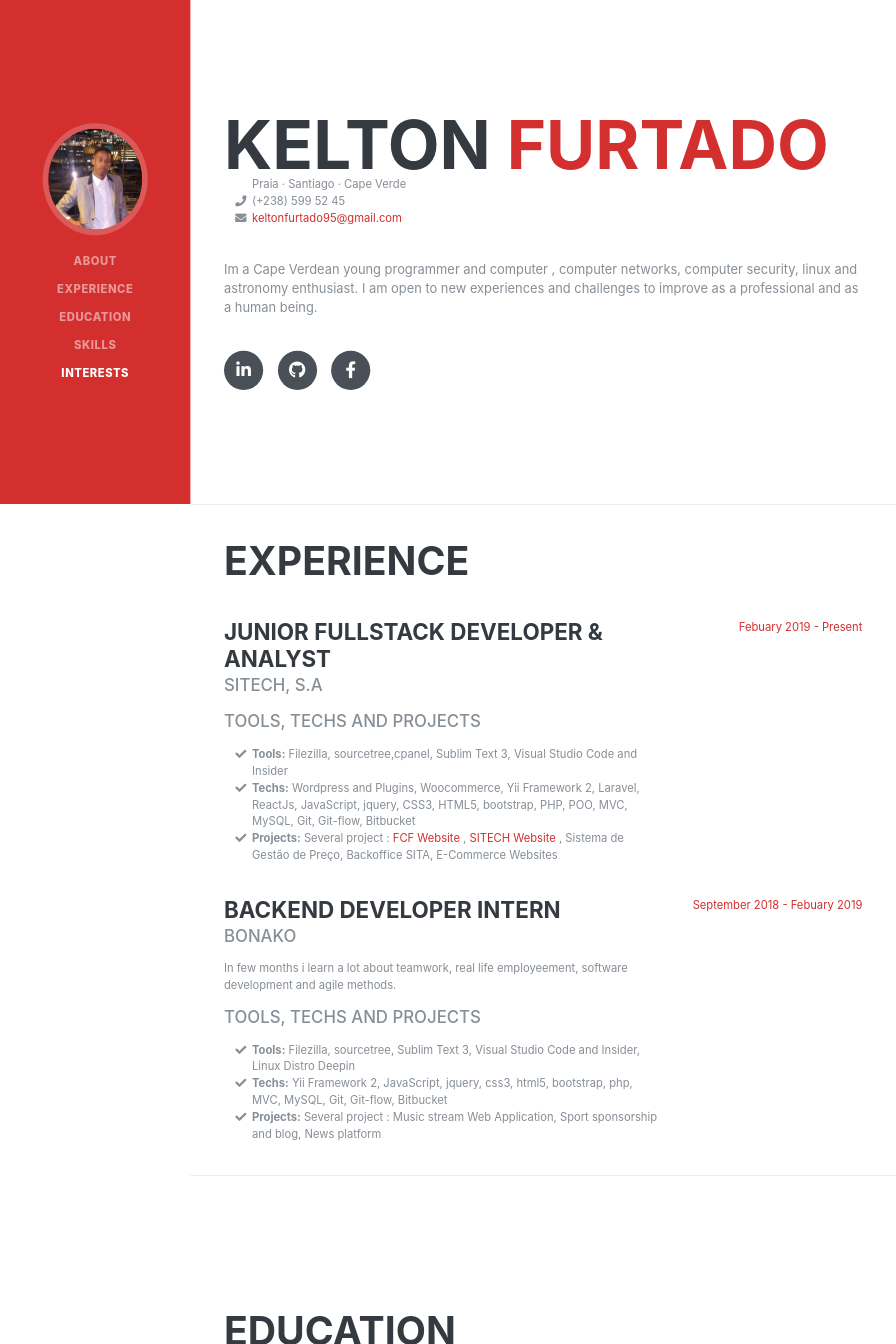
Repository: kcfurtado/kcfurtado.github.io
Page: index.html
The author's editor kept a copy of each file at every save. The page is drawn from the files as they stood at one save, then again after the next save.
The browser window is 1280 px wide. The pictures show the part of the page from y = 0 to 1920 px (the page is 3843 px tall), at 70% of full size.
Some web fonts or font styles are not loaded; a fallback is used.

Above is the page before, as saved 2020-04-04 19:08:49.

After the next save:
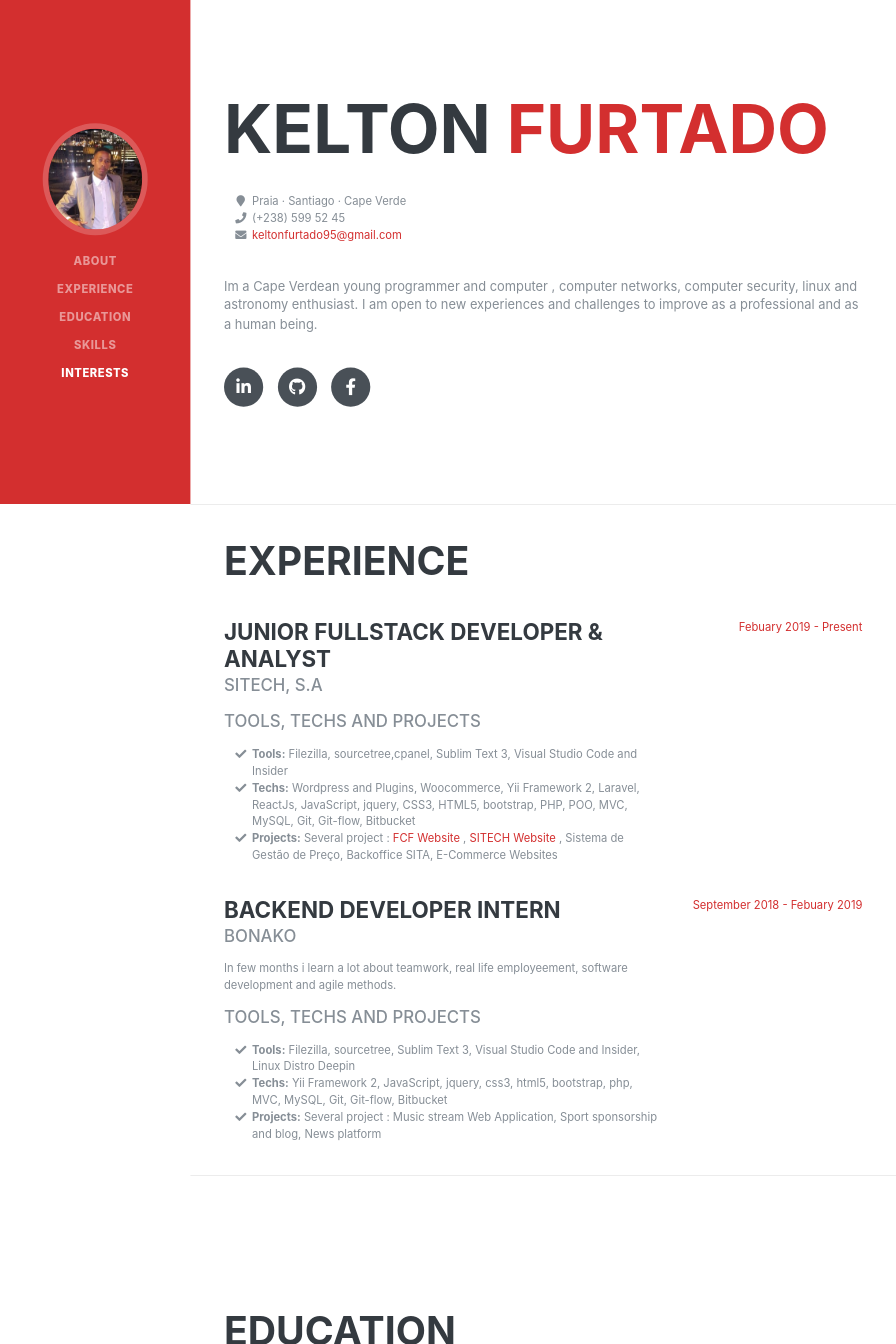
Saved 21 s later.
--- a/index.html
+++ b/index.html
@@ -66,10 +66,11 @@
         <h1 class="mb-0">Kelton
           <span class="text-primary">Furtado</span>
         </h1>
-
+        <br />
+        <br />
         <ul class="fa-ul mb-0">
           <li>
-            <i class="fa-li fa fa-map-marker-plus"></i> Praia · Santiago · Cape Verde
+            <i class="fa-li fa fa-map-marker"></i> Praia · Santiago · Cape Verde
           </li>
           <li>
             <i class="fa-li fa fa-phone"></i>(+238) 599 52 45
